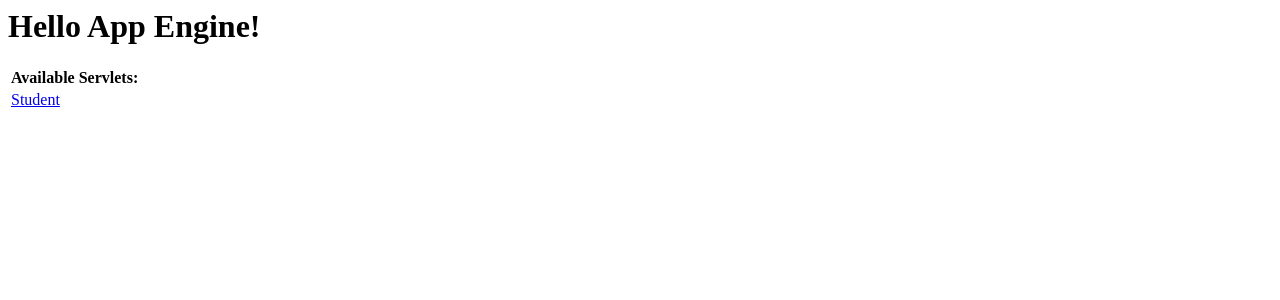
Repository: Mohan15/studentsession
Page: Student/war/index.html
The author's editor kept a copy of each file at every save. The page is drawn from the files as they stood at one save, then again after the next save.
The browser window is 1280 px wide. The pictures show the whole page.

Above is the page before, as saved 2017-05-24 05:44:13.

After the next save:
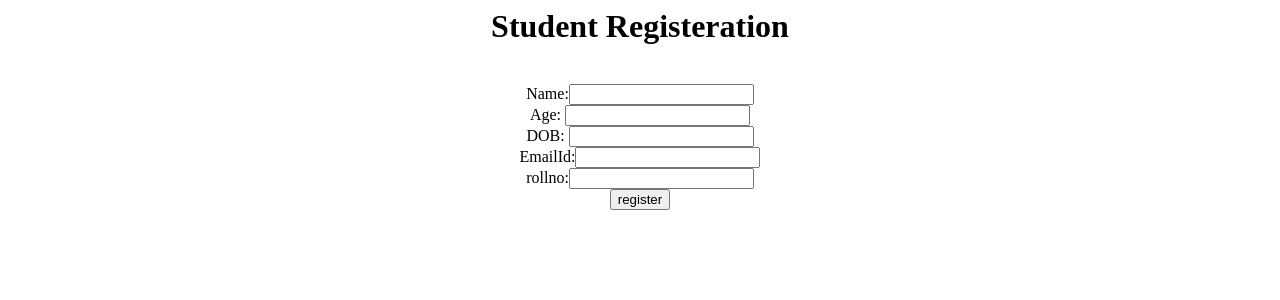
Saved 33 min 57 s later.
--- a/Student/war/index.html
+++ b/Student/war/index.html
@@ -7,21 +7,16 @@
 <!-- but may lead to some differences in layout.   -->
 
 <html>
-  <head>
-    <meta http-equiv="content-type" content="text/html; charset=UTF-8">
-    <title>Hello App Engine</title>
-  </head>
 
-  <body>
-    <h1>Hello App Engine!</h1>
+  <body><center><form action="">
+  			<h1>Student Registeration</h1><br>
+    Name:<input type="text" name="name"><br>
+   Age: <input type="text" name="age"><br>
+   DOB: <input type="text" name="dob"><br>
+   EmailId:<input type="text" name="email"><br>
+   rollno:<input type="text" name="rollno"><br>
 
-    <table>
-      <tr>
-        <td colspan="2" style="font-weight:bold;">Available Servlets:</td>
-      </tr>
-      <tr>
-        <td><a href="student">Student</a></td>
-      </tr>
-    </table>
+   <input type="submit" value="register"/>
+  </form> </center>
   </body>
 </html>
